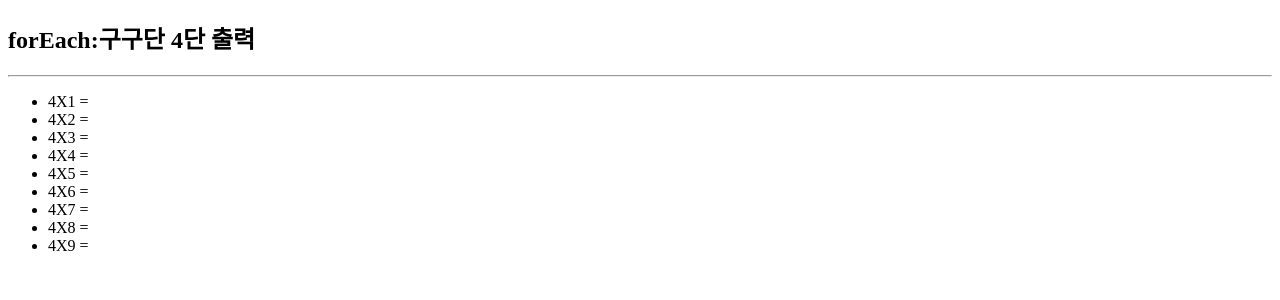
Repository: dongseon-git/WEB_JSP
Page: http://localhost/studyhtml5/jsp/j06/j04_forEach.jsp
The author's editor kept a copy of each file at every save. The page is drawn from the files as they stood at one save, then again after the next save.
The browser window is 1280 px wide. The pictures show the whole page.
The page is served by Tomcat 9. Nobody is signed in. The application's start-up code is not run.

Above is the page before, as saved 2022-05-23 01:30:49.

After the next save:
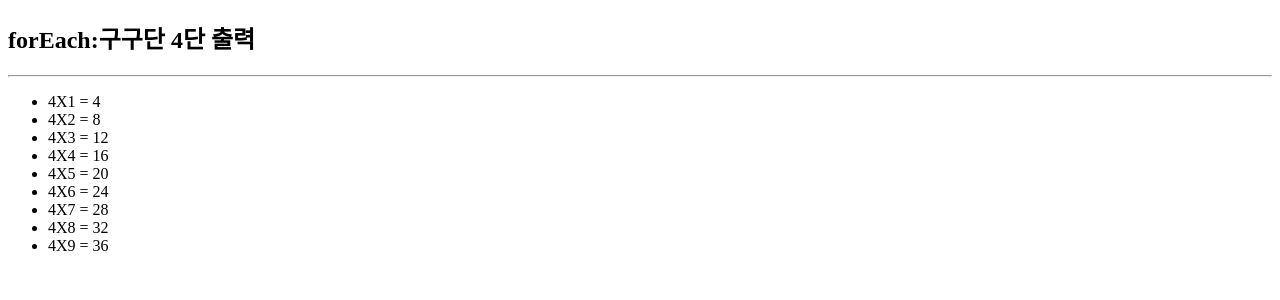
Saved 42 s later.
--- a/workspace/studyhtml5/WebContent/jsp/j06/j04_forEach.jsp
+++ b/workspace/studyhtml5/WebContent/jsp/j06/j04_forEach.jsp
@@ -12,7 +12,7 @@
 <hr/>
 <ul>
 <c:forEach var="i" begin="1" end="9" step="1">
-<li> 4X${i} = </li>
+<li> 4X${i} = ${i*4}</li>
 </c:forEach>
 
 
